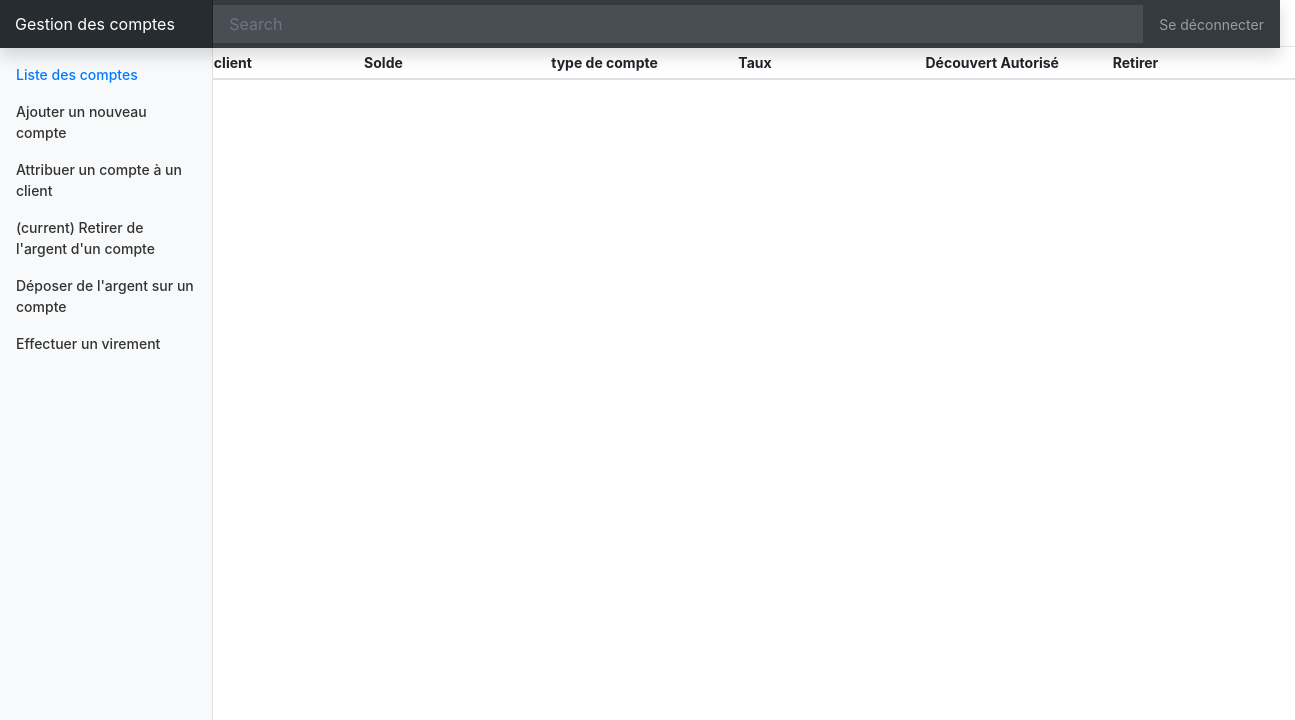
Repository: liiiseee/Projet
Page: http://localhost/02_projet_gestion_clients_compte/menu-retrait.jsp
An editor plug-in stored every save of this project. The page is shown before and after the next save, followed by the edit.
The browser window is 1280 px wide. The page is 1295 px wide, so the pictures cover 1295 px, including what lies to the right of the window. The pictures show the whole page.
The page is served by Tomcat 9. The template is opened directly, without the code that normally fills it, so the values that code supplies are empty.

Above is the page before, as saved 2020-03-30 12:52:18.

After the next save:
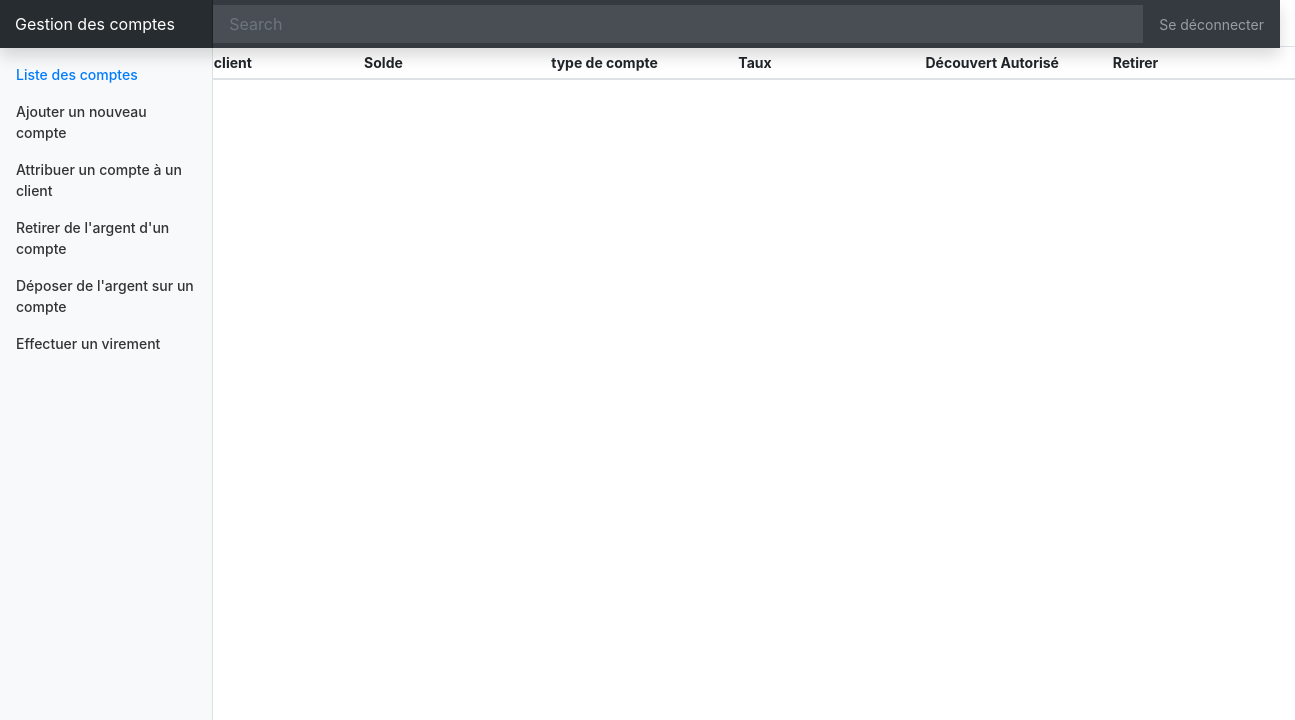
Saved 25 min 24 s later.
--- a/02_projet_gestion_clients_compte/WebContent/menu-retrait.jsp
+++ b/02_projet_gestion_clients_compte/WebContent/menu-retrait.jsp
@@ -66,7 +66,7 @@
           <li class="nav-item">
           <input type="hidden" name="action" value="retrait"/>
             <a class="nav-link" href="gestion-compte-servlet?action=retrait">
-              <span data-feather="shopping-cart">(current)</span>
+              <span class="sr-only">(current)</span>
               Retirer de l'argent d'un compte
             </a>
           </li>
